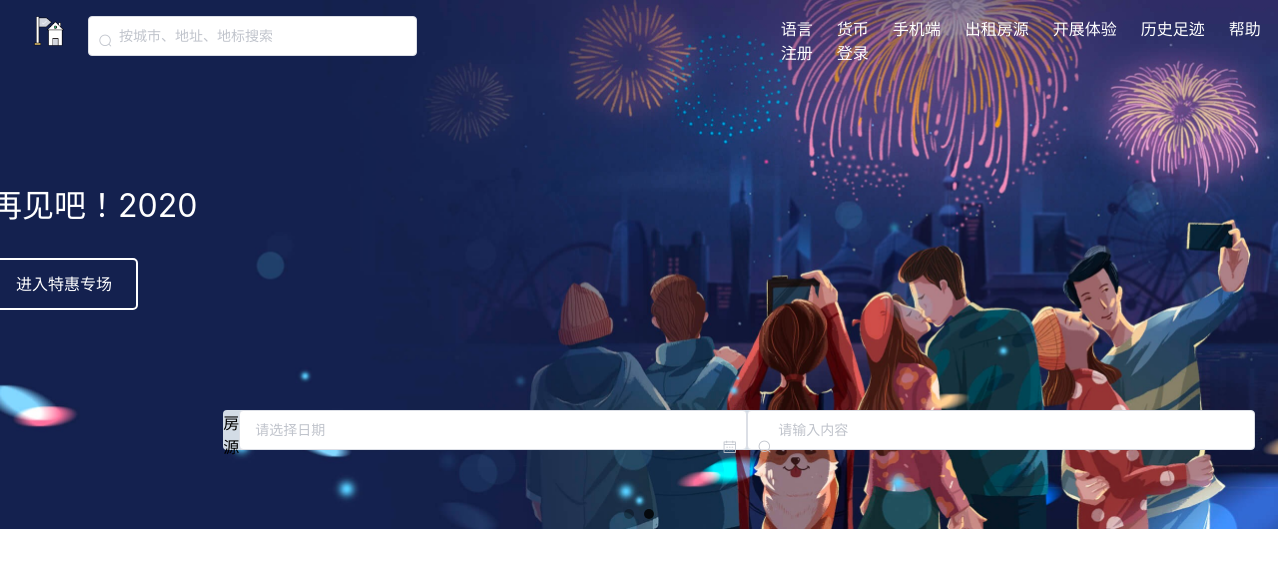
Repository: yz1181214391/my-airbnb
Page: /
The author's editor kept a copy of each file at every save. The page is drawn from the files as they stood at one save, then again after the next save.
The browser window is 1280 px wide. The pictures show the whole page.
The project was rebuilt for these pictures with package versions that can differ from the ones it lists, and the page was loaded fresh each time. Also part of the build but not shown: src/views/Language.vue, src/views/Currency.vue, src/views/Enter.vue, src/views/Experience.vue, src/views/Help.vue, src/views/History.vue, src/views/Mobile.vue, src/views/Register.vue and 1 more.

Above is the page before, as saved 2020-12-14 13:43:21.

After the next save:
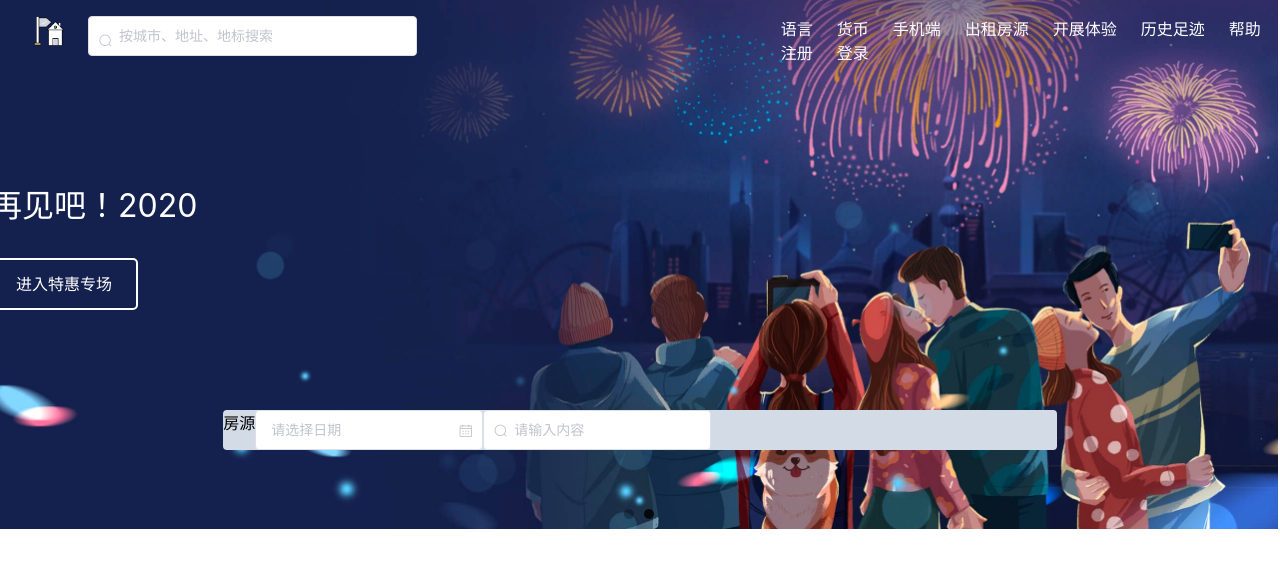
Saved 37 s later.
--- a/src/components/Header.vue
+++ b/src/components/Header.vue
@@ -35,16 +35,21 @@
           <div class="grid-content bg-purple1">
             <div class="demo-input-suffix" style="display:flex;width:1032px;height:72px;">
               <div>房源</div>
-              <el-input
-                placeholder="请选择日期"
-                suffix-icon="el-icon-date"
-                v-model="input2">
-              </el-input>
-              <el-input
-                placeholder="请输入内容"
-                prefix-icon="el-icon-search"
-                v-model="input21">
-              </el-input>
+              <div>
+                <el-input
+                  placeholder="请选择日期"
+                  suffix-icon="el-icon-date"
+                  v-model="input2">
+                </el-input>
+              </div>
+              <div>
+                <el-input
+                  placeholder="请输入内容"
+                  prefix-icon="el-icon-search"
+                  v-model="input21">
+                </el-input>
+              </div>
+
             </div>
           </div>
         </el-col>
